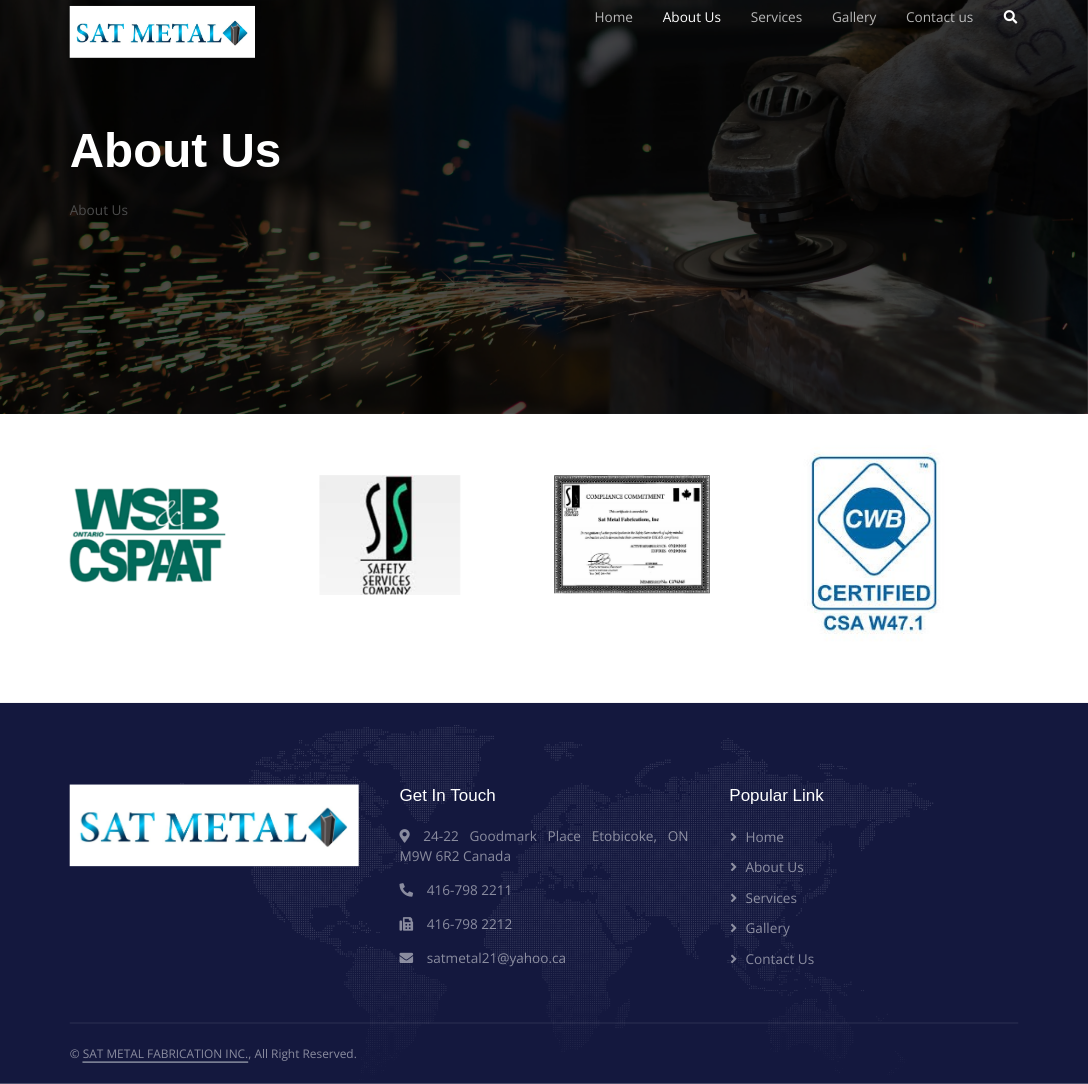
Repository: dzyte-services/satmetal
Page: http://localhost/about.php
The author's editor kept a copy of each file at every save. The page is drawn from the files as they stood at one save, then again after a run of saves.
The browser window is 1280 px wide. The pictures show the whole page, at 85% of full size.
Some web fonts or font styles are not loaded; a fallback is used. Some web libraries are served in a nearby version. The page is run by PHP 8.4 with error messages shown; the project is at /var/www/html/.

Above is the page before, as saved 2023-11-09 15:23:46.

After the next 3 saves:
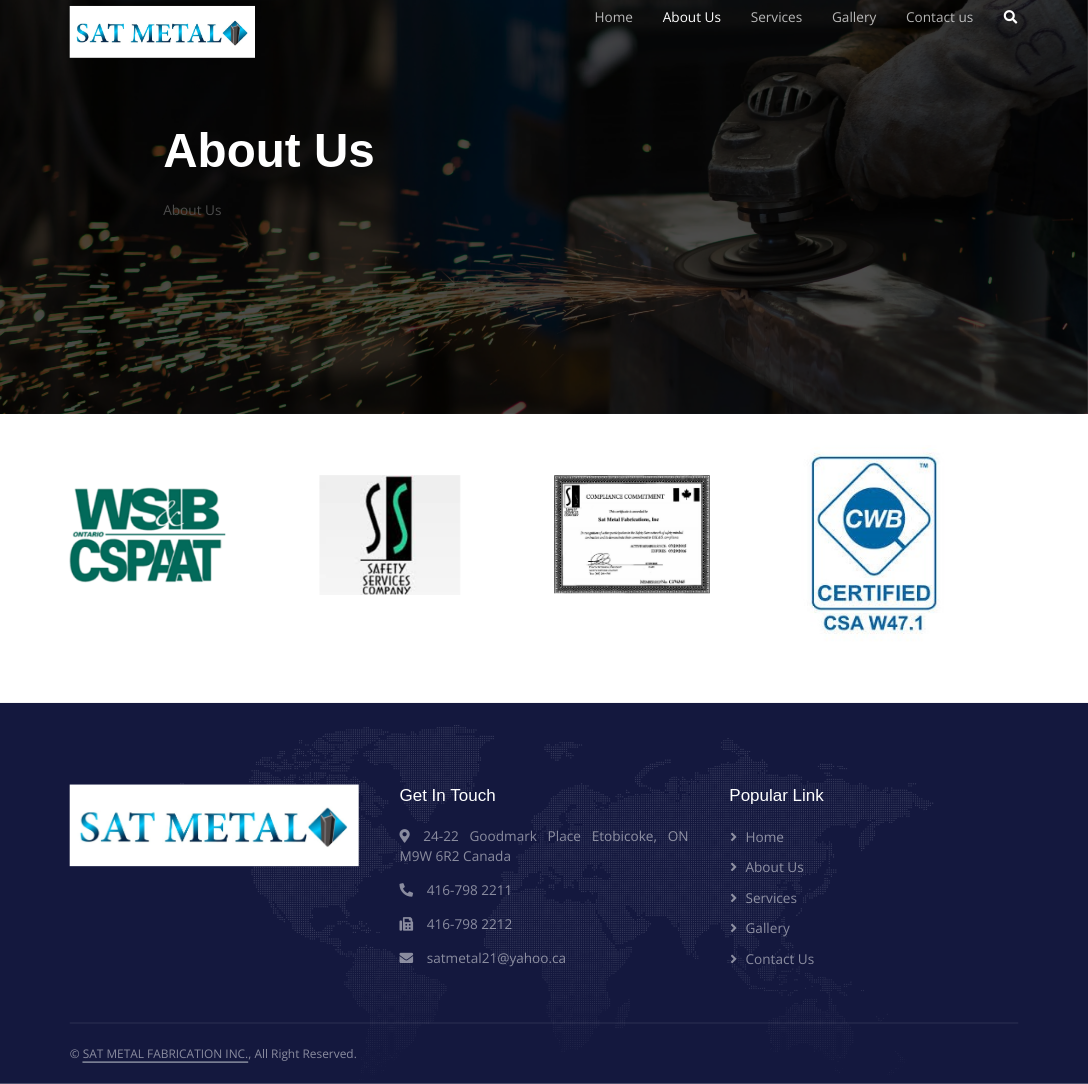
The 3 saves are shown as one change because they came seconds apart.
The last was saved 16 s later.
--- a/css/style.css
+++ b/css/style.css
@@ -152,7 +152,7 @@
     background-size: cover;
     position: relative;
     min-height: 60vh;
-    padding: 160px 0 25vh;
+    padding: 25vh;
 
 }
 .hero-header::before {
